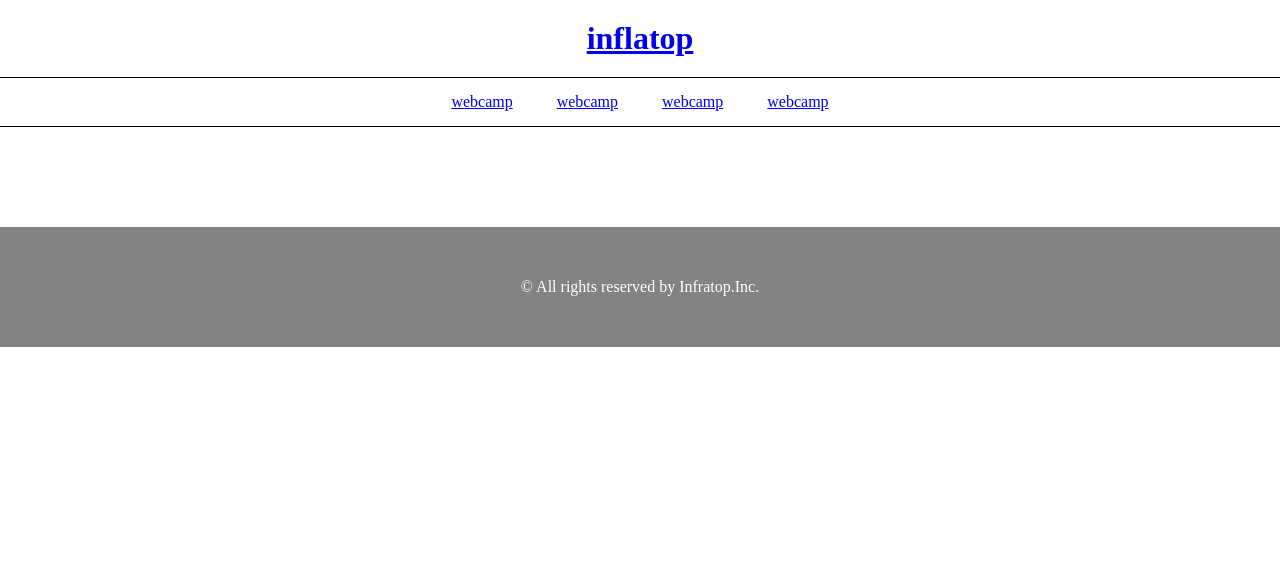
Repository: momopomi/htmlcss
Page: exercise/1-5.html
The author's editor kept a record of every edit. The page is drawn from the files as they stood at one moment, then again after the next edit.
The browser window is 1280 px wide. The pictures show the whole page.

Above is the page before.

After the next edit:
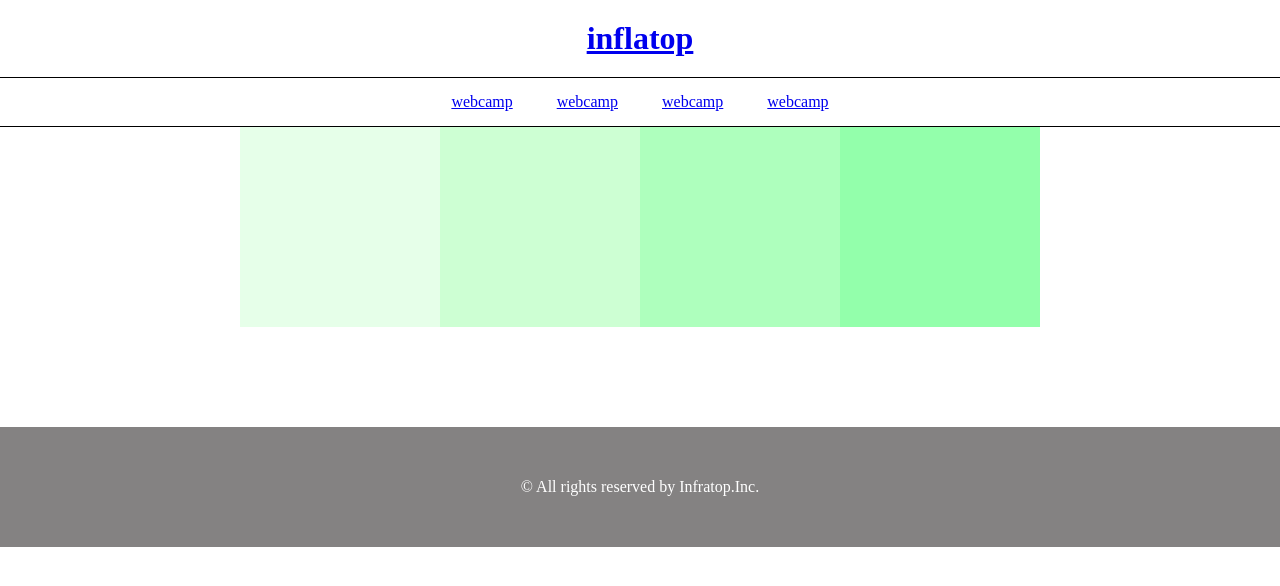
The edit:
--- a/exercise/1-5.html
+++ b/exercise/1-5.html
@@ -37,8 +37,11 @@
     </nav>
 
     <!-- main-visual用のdiv -->
-    <div class="main-visual">
-      <div class="main-visual-content"></div>
+    <div class="box1">
+      <div class="box1-1"></div>
+      <div class="box1-2"></div>
+      <div class="box1-3"></div>
+      <div class="box1-4"></div>
     </div>
 
     <!-- main用のdiv -->
